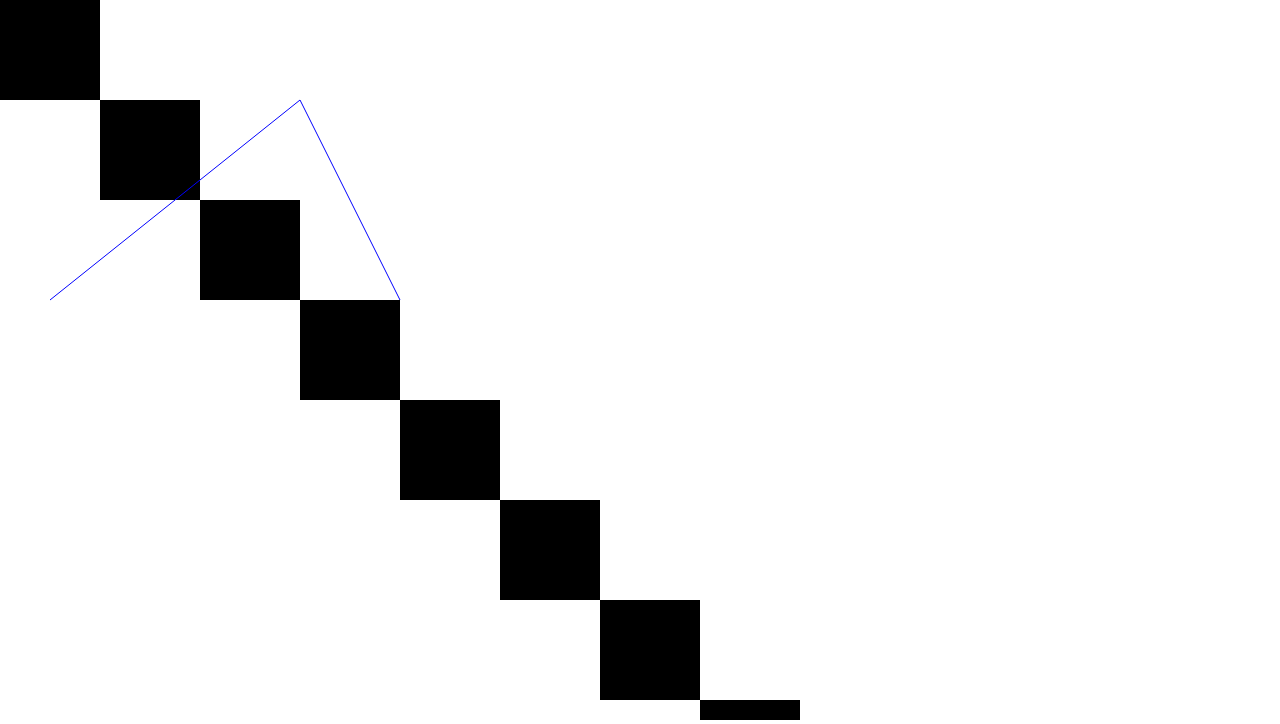
Repository: MikeTroianello/canvas-testing
Page: index.html
An editor plug-in stored every save of this project. The page is shown before and after a run of saves, followed by the edit.
The browser window is 1280 px wide. The pictures show the whole page.

Above is the page before, as saved 2019-06-04 22:18:58.

After the next 2 saves:
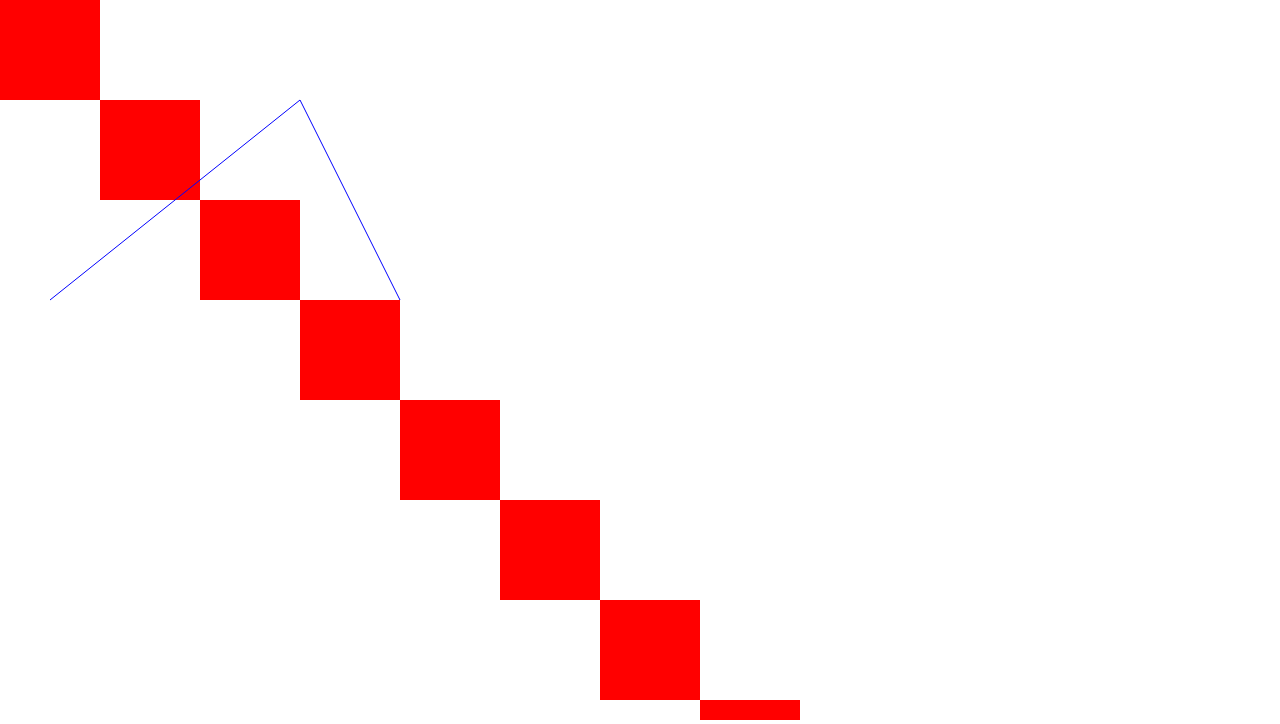
The 2 saves are shown as one change because they came seconds apart.
The last was saved 17 s later.
--- a/canvas.js
+++ b/canvas.js
@@ -6,7 +6,7 @@
 
 var ctx = canvas.getContext('2d');
 
-ctx.fillstyle = 'red';
+ctx.fillStyle = 'red';
 for (let i = 0; i < canvas.width; i++) {
   ctx.fillRect(i * 100, i * 100, 100, 100);
 }

After the save that followed:
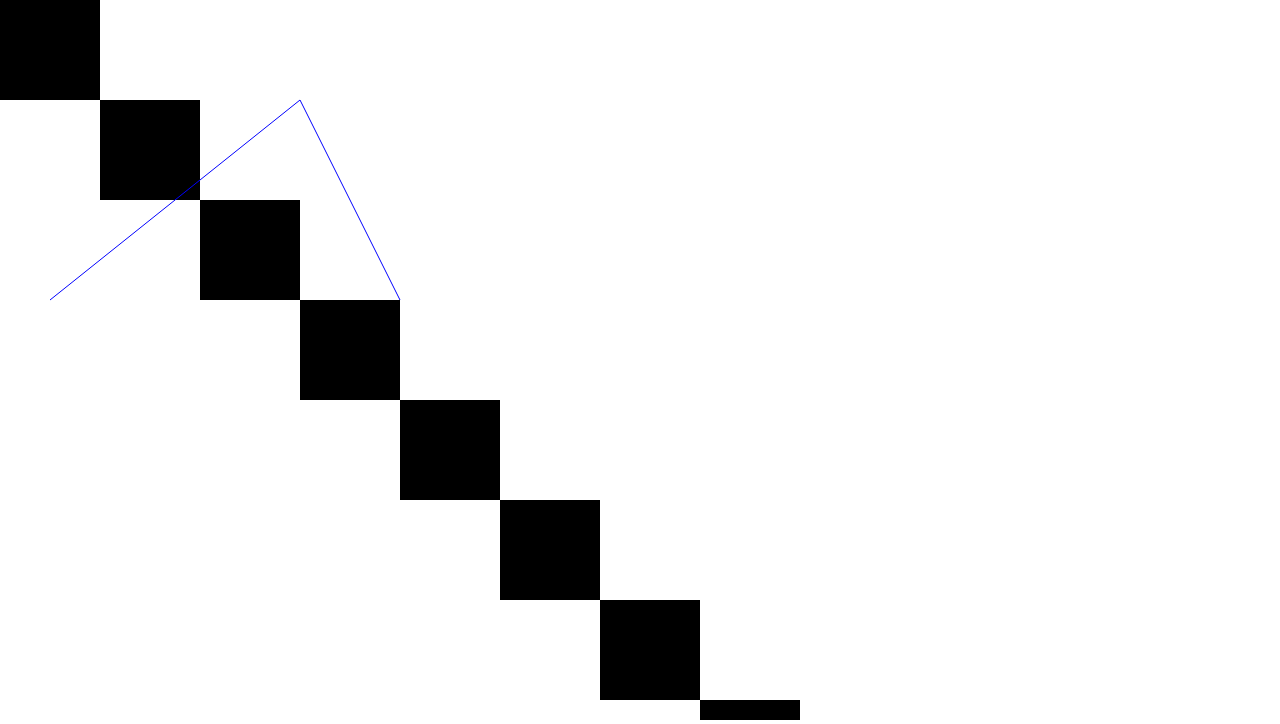
Saved 4 min 50 s later.
--- a/canvas.js
+++ b/canvas.js
@@ -6,8 +6,8 @@
 
 var ctx = canvas.getContext('2d');
 
-ctx.fillStyle = 'red';
 for (let i = 0; i < canvas.width; i++) {
+  ctx.fillStyle = 'rgba(i, i, i, 0)';
   ctx.fillRect(i * 100, i * 100, 100, 100);
 }
 
